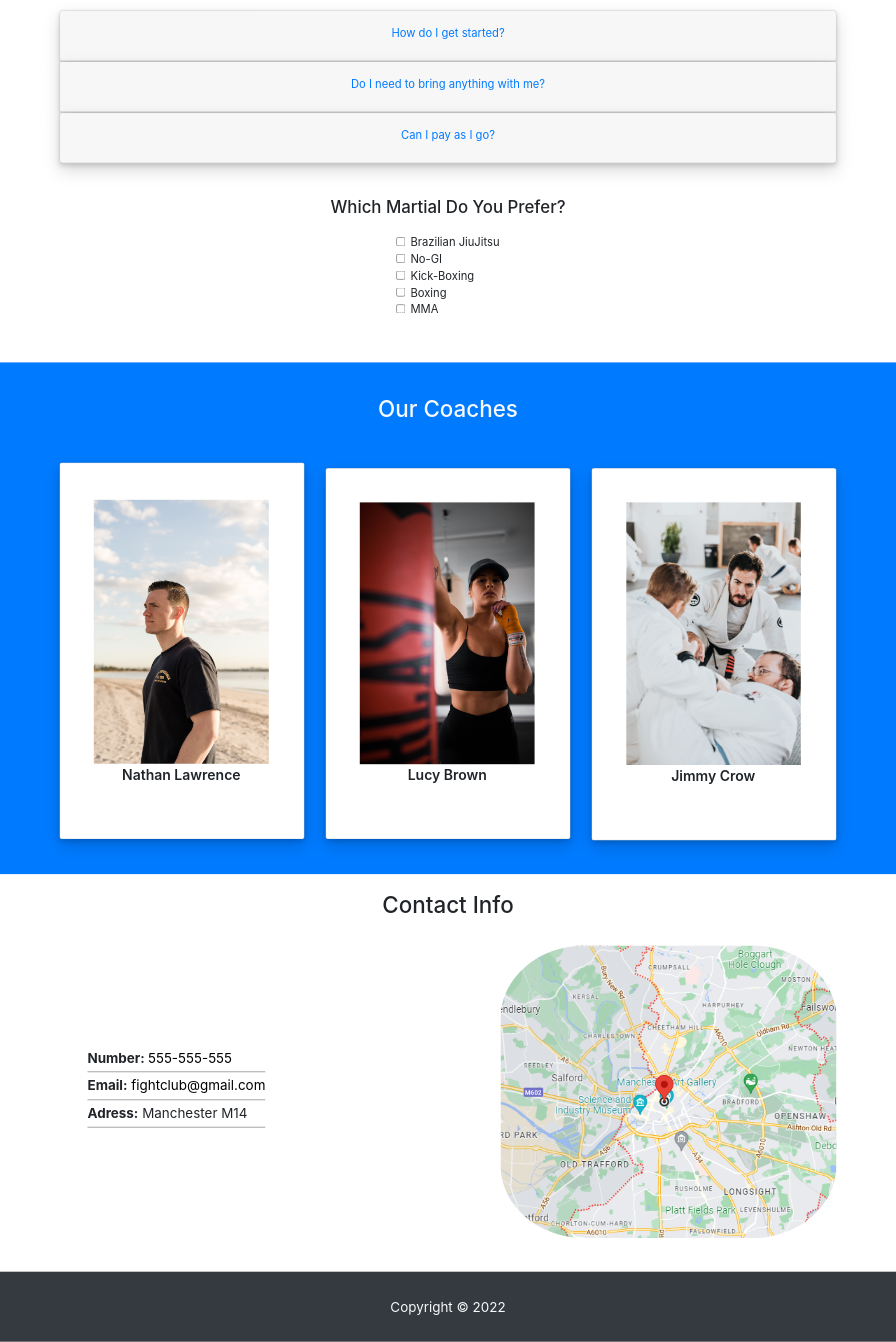
Repository: IonPara/Just-Fight
Page: index.html
An editor plug-in stored every save of this project. The page is shown before and after the next save, followed by the edit.
The browser window is 1280 px wide. The pictures show the part of the page from y = 2184 to 4104 px (the page is 4101 px tall before and 4104 px after), at 70% of full size.
Some web libraries are served in a nearby version.

Above is the page before, as saved 2023-03-13 16:16:22.

### index.html
<!DOCTYPE html>
<html lang="en">

<head>
  <meta charset="utf-8">
  <meta name="viewport" content="width=device-width, initial-scale=1.0">
  <title>Just Fight</title>
  <link href="./Styles/styles.css" rel="stylesheet" type="text/css">

  <!-- Bootstrap Link -->
  <link rel="stylesheet" href="https://cdn.jsdelivr.net/npm/bootstrap@4.2.1/dist/css/bootstrap.min.css"
    integrity="sha384-GJzZqFGwb1QTTN6wy59ffF1BuGJpLSa9DkKMp0DgiMDm4iYMj70gZWKYbI706tWS" crossorigin="anonymous">
</head>

<body>
  <header>

    <!-- ------------Nav bar ------------------------>
    <nav class="navbar navbar-expand-lg navbar-dark bg-dark fixed-top">
      <div class="container pb-4 mr-5">
        <a class="navbar-brand mt-3" id="brand" href="#"><span class="text-primary">Just </span> Fight</a>
        <button class="navbar-toggler" type="button" data-toggle="collapse" data-target="#navbarSupportedContent"
          aria-controls="navbarSupportedContent" aria-expanded="false" aria-label="Toggle navigation">
          <span class="navbar-toggler-icon"></span>
        </button>
      </div>

      <div class="collapse navbar-collapse" id="navbarSupportedContent">
        <ul class="navbar-nav justify-content-end">
          <li class="nav-item active">
            <a class="nav-link" href="#">Home <span class="sr-only">(current)</span></a>
          </li>
          <li class="nav-item">
            <a class="nav-link" href="#ourClasses">Classes</a>
          </li>
          <li class="nav-item">
            <a class="nav-link" href="#openingHours">Opening</a>
          </li>
          <li class="nav-item">
            <a class="nav-link" href="#coaches">Coaches</a>
          </li>
          <li class="nav-item">
            <a class="nav-link" href="#contact">Contact</a>
          </li>
          <li class="nav-item">
            <a class="nav-link" href="./about.html">About</a>
          </li>
          <li class="nav-item">
            <a class="nav-link" href="./plans.html">Join</a>
          </li>
          <li class="nav-item">
            <a class="nav-link" href="./review.html">Review</a>
          </li>
        </ul>
      </div>
    </nav>
  </header>

  <!-- ------------------------Join Club Top section  --------------- -->
  <section class="text-light pt-5 text-center text-sm-start top-section transition-fade" id="swup">
    <div class="container">
      <div class="d-sm-flex justify-content-between align-items-center">
        <div class="heading-container w-50">
          <h1 class="fight-club text-center font-weight-bold"><span class="text-primary">Just </span>Fight</h1>
          <p class=" md-lead text-left font-italic pt-3">
            All martial arts are really just different paths to the same place, which is total human development.
            <br>
          <p class="text-right">BETH AUSTIN</p>
          <a class="text-white" href="./plans.html" target="_blank" rel="noopener noreferrer">
            <button class="btn btn-lg btn-primary mt-3" id="join">
              Join Our Team
            </button>
          </a>
        </div>
        <img class="img-fluid  w-25 d-none d-sm-block" src="./Images/timothy-eberly-C7ax3RF9FFo-unsplash.jpg"
          alt="Muay Thai">
      </div>
    </div>
  </section>

  <!-- Sign Up section -->
  <div class="bg-primary text-light p-5">
    <div class="container">
      <div class="d-md-flex justify-content-between align-items-center">
        <h3 class="mb3-mb-md-0">
          Sing Up For Our Newsletters
        </h3>
        <div class="input-group mb-3">
          <input type="text" class="form-control newsletter-input" placeholder="Enter Email:"
            aria-label="Recipient's username" aria-describedby="button-addon2">
          <button class="btn  btn-outline-secondary bg-dark text-white" type="button" id="button-addon2">
            Sign Up
          </button>
        </div>
      </div>
    </div>
  </div>

  <!-------------------------------Our Classes Boxes------------ -->
  <section class="p-5 mb-5 classes-container" id="ourClasses">
    <div class="container  text-center text-light boxes">
      <div class="row">
        <div class="col text-dark font-weight-bolder">
          <div class=" h2 pb-4">Join Our Classes</div>
        </div>
      </div>

      <!-- Here we create a row with 3 boxes -->
      <div class="row">

        <div class="col-md ">
          <div class="card bg-primary ">
            <div class="card-body">
              <h3 class="card-title">Brazilian Jiu Jitsu</h3>
              <a href="./about.html">
                <img class=" card-image w-100 d-md-block" src="./Images/bjj.png" alt="Brazilian Jiu Jitsu">
              </a>
            </div>
          </div>
        </div>

        <div class="col-md ">
          <div class="card bg-dark mt-4 m-md-0">
            <div class="card-body">
              <h3 class="card-title">No-Gi</h3>
              <a href="./about.html">
                <img class="card-image w-100 d-md-block" src="./Images/no-gi.png" alt="No-Gi">
              </a>
            </div>
          </div>
        </div>

        <div class="col-md ">
          <div class="card bg-primary mt-4 m-md-0">
            <div class="card-body">
              <h3 class="card-title">Kick Boxing</h3>
              <a href="./about.html">
                <img class=" card-image w-100 d-md-block" src="./Images/kb.png" alt="Kick-boxing">
              </a>
            </div>
          </div>
        </div>
      </div>

      <!-- Here we create second row with 3 boxes -->
      <div class="row pt-4">
        <div class="col-md">
          <div class="card bg-dark mb-4 m-md-0">
            <div class="card-body">
              <h3 class="card-title">Boxing</h3>
              <a href="./about.html">
                <img class="card-image w-100  d-md-block" src="./Images/boxing.png" alt="Brazilian Jiu Jitsu">
              </a>
            </div>
          </div>
        </div>

        <div class="col-md">
          <div class="card bg-primary">
            <div class="card-body">
              <h3 class="card-title">MMA</h3>
              <a href="./about.html">
                <img class="card-image w-100  d-md-block" src="./Images/mma.png" alt="No-Gi">
              </a>
            </div>
          </div>
        </div>

        <div class="col-md">
          <div class="card bg-dark mt-4 m-md-0">
            <div class="card-body">
              <h3 class="card-title">Gym</h3>
              <a href="./about.html">
                <img class="card-image w-100  d-md-block" src="./Images/gym.png" alt="Kick-boxing">
              </a>
            </div>
          </div>
        </div>

      </div>
    </div>
  </section>
  <!----------------------------Table--------------------------------  -->
  <section class="bg-dark  p-5" id="openingHours">
    <h2 class="text-light text-center">Opening Hours</h2>

    <div class="bg-dark py-5">
      <div class=" text-dark d-flex justify-content-center table-container">
        <table class=" table bg-light  table-hover w-75 ">
          <thead class="bg-dark text-light">
            <!-- Here is the top row -->
            <tr class="row-head ">
              <!-- Here on the small screen the day of the week wil be just a letter -->
              <th class="col1 d-none d-md-table-cell" scope="col">Class</th>
              <th class="col2 d-md-none" scope="col">C</th>
              <th class="col2 d-none d-md-table-cell" scope="col">Monday</th>
              <th class="col2 d-md-none" scope="col">M</th>
              <th class="col3 d-none d-md-table-cell" scope="col">Tuesday</th>
              <th class="col3 d-md-none" scope="col">T</th>
              <th class="col3 d-none d-md-table-cell" scope="col">Wednesday</th>
              <th class="col3 d-md-none" scope="col">W</th>
              <th class="col4 d-none d-md-table-cell" scope="col">Thursday</th>
              <th class="col4 d-md-none" scope="col">T</th>
              <th class="col5 d-none d-md-table-cell" scope="col">Friday</th>
              <th class="col5 d-md-none" scope="col">F</th>
              <th class="col6 d-none d-md-table-cell" scope="col">Saturday</th>
              <th class="col6 d-md-none" scope="col">S</th>
            </tr>
          </thead>

          <tbody class="" id="table">
            <!-- Here is the second row -->
            <!-- The first column will change depending on the screen size -->
            <tr class="table-active">
              <th class="d-none d-md-block">Brazilian Jiu Jitsu</th>
              <th class="d-md-none ">BJJ</th>
              <td></td>
              <td>7PM-8PM</td>
              <td></td>
              <td>7PM-8PM</td>
              <td></td>
              <td>10AM-11AM</td>
            </tr>
            <!-- Here is the third row -->
            <!-- The first column will change depending on the screen size -->
            <tr>
              <th class="d-none d-md-block">No-Gi</th>
              <th class="d-md-none ">NG</th>
              <td>7PM-8PM</td>
              <td></td>
              <td>7PM-8PM</td>
              <td></td>
              <td></td>
              <td></td>
            </tr>
            <!-- Here is the forth row -->
            <!-- The first column will change depending on the screen size -->
            <tr class="table-active">
              <th class="d-none d-md-block">Kick-Boxing</th>
              <th class="d-md-none ">K-B</th>
              <td>8PM-9PM</td>
              <td></td>
              <td>8PM-9PM</td>
              <td></td>
              <td></td>
              <td></td>
            </tr>
            <!-- Here is the fifth row -->
            <!-- The first column will change depending on the screen size -->
            <tr>
              <th scope="row">MMA</th>
              <td></td>
              <td>8PM-9PM</td>
              <td></td>
              <td>8PM-9PM</td>
              <td></td>
              <td></td>
            </tr>
            <!-- Here is the sixth row -->
            <!-- The first column will change depending on the screen size -->
            <tr class="table-active">
              <th class="d-none d-md-block">Boxing</th>
              <th class="d-md-none ">B</th>
              <td></td>
              <td></td>
              <td></td>
              <td></td>
              <td>7PM-8PM</td>
              <td></td>
            </tr>
            <!-- Here is the seventh row -->
            <!-- The first column will change depending on the screen size -->
            <tr>
              <th scope="row">Gym</th>
              <td>10AM-9PM</td>
              <td>10AM-9PM</td>
              <td>10AM-9PM</td>
              <td>10AM-9PM</td>
              <td>10AM-9PM</td>
              <td>10AM-9PM</td>
            </tr>
          </tbody>

        </table>
      </div>
    </div>
  </section>

  <!-- Questions -->
  <section class="py-5" id="questions">

    <div class="container">
      <h2 class="text-center mb-5">Frequently Asked Questions</h2>

      <div id="accordion">

        <!-- Here is the first accordion -->
        <!-- Which will collapse when you click on it -->
        <div class="card">
          <div class="card-header">
            <h5 class="text-center">
              <button class="btn btn-link" data-toggle="collapse" data-target="#collapseOne">
                How do I get started?
              </button>
            </h5>
          </div>
          <!-- This is the collapsed section-->
          <div id="collapseOne" class="collapse" data-parent="#accordion">
            <div class="card-body">
              The best way is to attend a session and join in! You will receive a free session on your first visit, this
              will provide you with the opportunity to try a class and get a good insight into the varied training we
              have to offer. You must give us a call, txt or to book in for your free session.
            </div>
          </div>
        </div>
        <!-- Here is the second accordion -->
        <!-- Which will collapse when you click on it -->
        <div class="card">
          <div class="card-header">
            <h5 class="text-center">
              <button class="btn btn-link" data-toggle="collapse" data-target="#collapseTwo">
                Do I need to bring anything with me?
              </button>
            </h5>
          </div>
          <!-- This is the collapsed section-->
          <div id="collapseTwo" class="collapse" data-parent="#accordion">
            <div class="card-body">
              It's a good idea to bring a drink and a sweat towel. Normal training attire is fine, shorts & T-shirt,
              Jogging bottoms and T-shirts are all fine. We train in bare feet. In addition, if you already have items
              such as gloves etc. please feel free to bring them along.
            </div>
          </div>
        </div>
        <!-- Here is the third accordion -->
        <!-- Which will collapse when you click on it -->
        <div class="card">
          <div class="card-header">
            <h5 class="text-center">
              <button class="btn btn-link" data-toggle="collapse" data-target="#collapseThree">
                Can I pay as I go?
              </button>
            </h5>
          </div>
          <!-- This is the collapsed section-->
          <div id="collapseThree" class="collapse" data-parent="#accordion">
            <div class="card-body">
              Our members ALL pay via direct debit. As a members only gym we do not accept ANY cash pay as you go. We
              feel this helps promote regular training and stops bullies from just turning up wanting to "fight".
            </div>
          </div>
        </div>
      </div>
    </div>

    <!-- Radio Button -->
    <div class="radio-btn mt-5 mb-3 ">
      <h4 class="mb-4">Which Martial Do You Prefer?</h4>
      <div>
        <div class="form-check">
          <input class="form-check-input" type="checkbox" value="" id="flexCheck">
          <label class="form-check-label" for="flexCheck">
            Brazilian JiuJitsu
          </label>
        </div>

        <div class="form-check">
          <input class="form-check-input" type="checkbox" value="" id="flexCheck1">
          <label class="form-check-label" for="flexCheck1">
            No-GI
          </label>
        </div>

        <div class="form-check">
          <input class="form-check-input" type="checkbox" value="" id="flexCheck2">
          <label class="form-check-label" for="flexCheck2">
            Kick-Boxing
          </label>
        </div>

        <div class="form-check">
          <input class="form-check-input" type="checkbox" value="" id="flexCheck3">
          <label class="form-check-label" for="flexCheck3">
            Boxing
          </label>
        </div>

        <div class="form-check">
          <input class="form-check-input" type="checkbox" value="" id="flexCheck4">
          <label class="form-check-label" for="flexCheck4">
            MMA
          </label>
        </div>
      </div>
    </div>

  </section>
  <!-- ----------------------------------Coaches--------------------- -->
  <section class="bg-primary text-center" id="coaches">
    <h2 class="text-center text-light pt-5">Our Coaches</h2>
    <div class="container py-5" id="card-coaches">

      <div class="row ">
        <!-- This the first coach -->
        <div class="col-md card-container">
          <div class="card card-body p-5 " id="card">
            <figure class="image-container" id="col-coach">
              <img class="card-image w-100 d-md-block" src="./Images/coach11.png" alt="Coach">
              <figcaption class="card-title lead">Nathan Lawrence</figcaption>
            </figure>
          </div>
        </div>
        <!-- This the second coach -->
        <div class="col-md card-container mt-2">
          <div class="card card-body p-5 ">
            <figure class="image-container w-100 " id="col-coach2">
              <img class="card-image w-100  d-md-block" src="./Images/coach22.png" alt="Coach">
              <figcaption class="lead card-title ">Lucy Brown</figcaption>
            </figure>
          </div>
        </div>
        <!-- This the third coach -->
        <div class="col-md card-container mt-2">
          <div class="card card-body p-5 ">
            <figure class="image-container" id="col-coach3">
              <img class="card-image w-100 d-md-block" src="./Images/coach33.png" alt="Coach">
              <figcaption class="card-title lead">Jimmy Crow</figcaption>
            </figure>
          </div>
        </div>
      </div>
    </div>
  </section>

  <!-- ----------------------Contact Info---------------------- -->
  <section class="location" id="contact">
    <h2 class="text-center">Contact Info</h2>

    <div class="container">
      <ul class="list">
        <li>
          <strong>Number: </strong>
          <a href="">555-555-555</a>
        </li>

        <li>
          <strong>Email:</strong>
          <a href="mailto:fightclub@gmail.com" target="_blank">
            <span> fightclub@gmail.com</span>
          </a>
        </li>
        <li> <strong>Adress:</strong> Manchester M14</li>
      </ul>

      <!-- map -->
      <div>
        <a href="https://www.google.com/maps/dir//Manchester/@53.4722454,-2.2234628,12z/data=!4m9!4m8!1m0!1m5!1m1!1s0x487a4d4c5226f5db:0xd9be143804fe6baa!2m2!1d-2.2426305!2d53.4807593!3e0"
          target="_blank" rel="noopener">
          <img class="map" src="./Images/map.png" alt="map">
        </a>
      </div>
    </div>
  </section>

  <!-- Footer -->
  <footer class="bg-dark text-center text-light mt-5">
    <p>Copyright &copy; 2022</p>
  </footer>

  <!-- Bootstrap JavaScript Links -->
  <script src="https://code.jquery.com/jquery-3.3.1.slim.min.js"
    integrity="sha384-q8i/X+965DzO0rT7abK41JStQIAqVgRVzpbzo5smXKp4YfRvH+8abtTE1Pi6jizo"
    crossorigin="anonymous"></script>
  <script src="https://cdn.jsdelivr.net/npm/popper.js@1.14.6/dist/umd/popper.min.js"
    integrity="sha384-wHAiFfRlMFy6i5SRaxvfOCifBUQy1xHdJ/yoi7FRNXMRBu5WHdZYu1hA6ZOblgut"
    crossorigin="anonymous"></script>
  <script src="https://cdn.jsdelivr.net/npm/bootstrap@4.2.1/dist/js/bootstrap.min.js"
    integrity="sha384-B0UglyR+jN6CkvvICOB2joaf5I4l3gm9GU6Hc1og6Ls7i6U/mkkaduKaBhlAXv9k"
    crossorigin="anonymous"></script>
  <script src="https://unpkg.com/swup@latest/dist/swup.min.js"></script>
</body>

</html>

### Styles/styles.css


/*---------------- Top section------------- */
.top-section {
    background-color: black;

}


#brand {
    font-size: 1.5rem;
    font-weight: bolder;
}


#join a:hover, a:visited, a:link {
    text-decoration: wavy;
}

#join:hover {
    background-color: rgb(8, 157, 135);
}

/* Radio button */
.radio-btn {
    width: 100%;
    flex-direction: column;
    display: flex;
    align-items: center;
}

/* ---------------------------Coach------------ */
.container figcaption {
    font-weight: 600;
}

/*------------ Contact Info -----------*/
.location h2 {
    margin-top: 2%;
}

.location .container {
    display: flex;
    justify-content: space-between;
    align-items:center;
    flex-wrap: wrap;
    margin-top: 3%;
}

.list {
    list-style: none;
    font-size: larger;
    font-weight: 400;
    line-height: 2em;
}

.list li {
    border-bottom:1px solid grey;
}

ul a:hover, a:visited, a:link{
    color:black;
    text-decoration: wavy;
}

ul a:hover {
    color:blueviolet;
}

/*  The Map */
.map {
    border-radius: 25%;
}

/* -----------------Cards--------------- */
.card:hover {
    -webkit-transform: scale(0.5);
     transform: scale(1.05);
}

.card {
    box-shadow: 0 10px 25px 0 rgba(0, 0, 0, 0.15), 0 3px 7px 0 rgb(0 0 0 / 15%);
}

.table-container, .classes-container, section {
    overflow-x: hidden;
    min-width: 100%;
}

.image-container, .card-container {
    max-width: 250px;
}

.image-container, img{
    object-fit: contain;
}

/* -----------------Footer--------------- */
footer p{
    padding: 5vh 0;
    margin-bottom: 0;
    font-size: larger;
    height: 100px;
}


/* ---------------Media screen----------------- */
@media screen and (max-width:1200px) {
    .boxes h3 {
        font-size: 1.2em;
        white-space:pre-wrap;
    }

}

@media screen and (max-width:1000px) {
    .top-section {
        margin-top: 8%;
    }
}


@media screen and (max-width:768px) {

    .newsletter-input {
        width: 50%;
    }

    #table {
        font-size: 0.9rem;
    }

    .map {
        width: 400px;
    }

    .location .container {
        justify-content: center;
    }
}

@media screen and (max-width:600px) {
    .top-section {
        margin-top: 10%;
        min-width: 100%;
    }

    .fight-club {
        min-width: 100% !important;
        margin-top: 5%;
        margin-left: auto;
    }

    .heading-container {
        min-width: 100% !important;
    }

    #join {
        margin-bottom: 5px;
    }
    .table-container {
    }

    .table-container {
        min-width: 100dvw;
        margin-right: 100px !important;
        margin-left: -50px;
    }

    th {
        max-width: 50px;
        padding-right: 2px;;
    }

    td {
        max-width: 55px;

    }

}

After the next save:
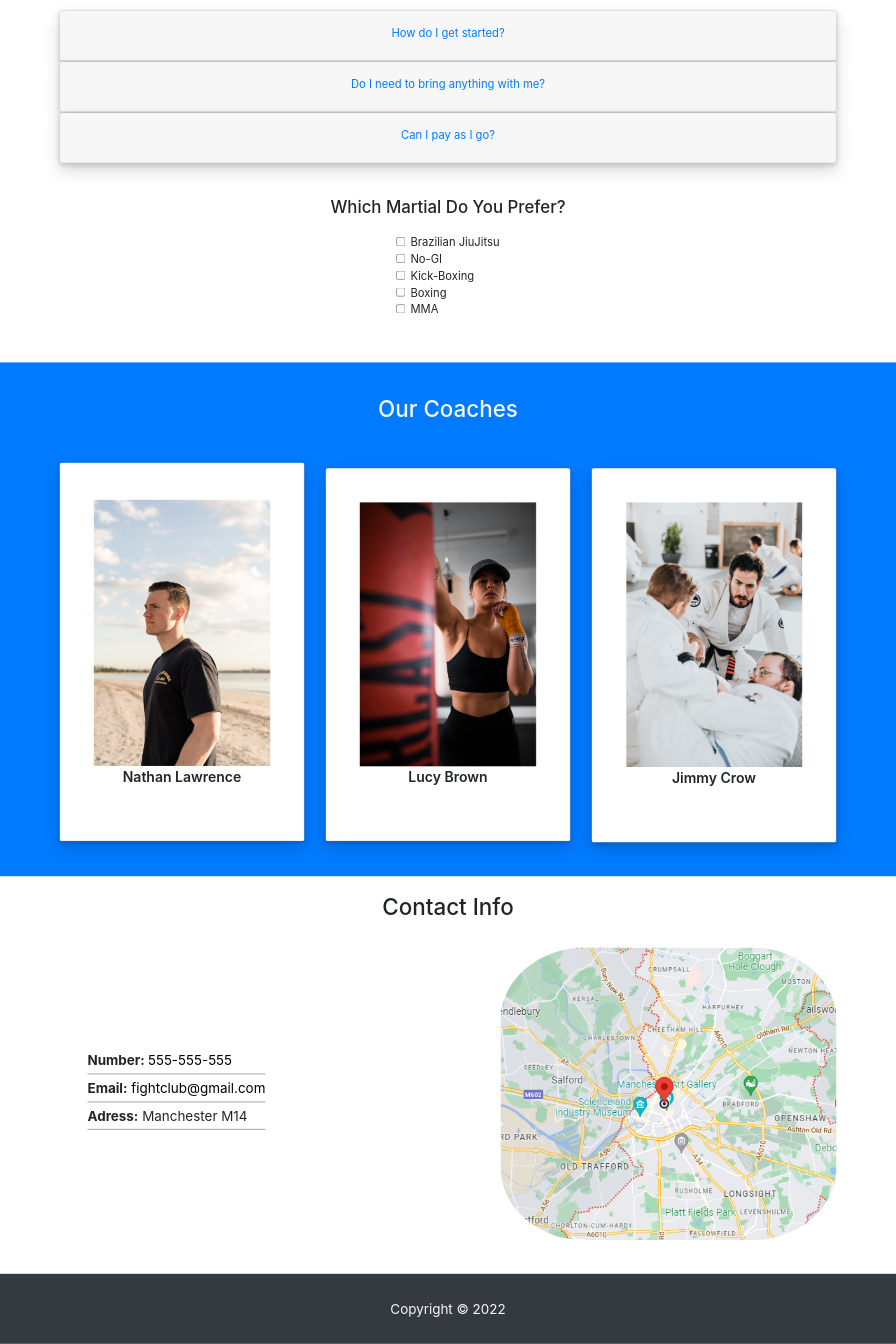
Saved 11 s later.
--- a/Styles/styles.css
+++ b/Styles/styles.css
@@ -88,7 +88,7 @@ ul a:hover {
 }
 
 .image-container, .card-container {
-    max-width: 250px;
+    max-width: 300px;
 }
 
 .image-container, img{
